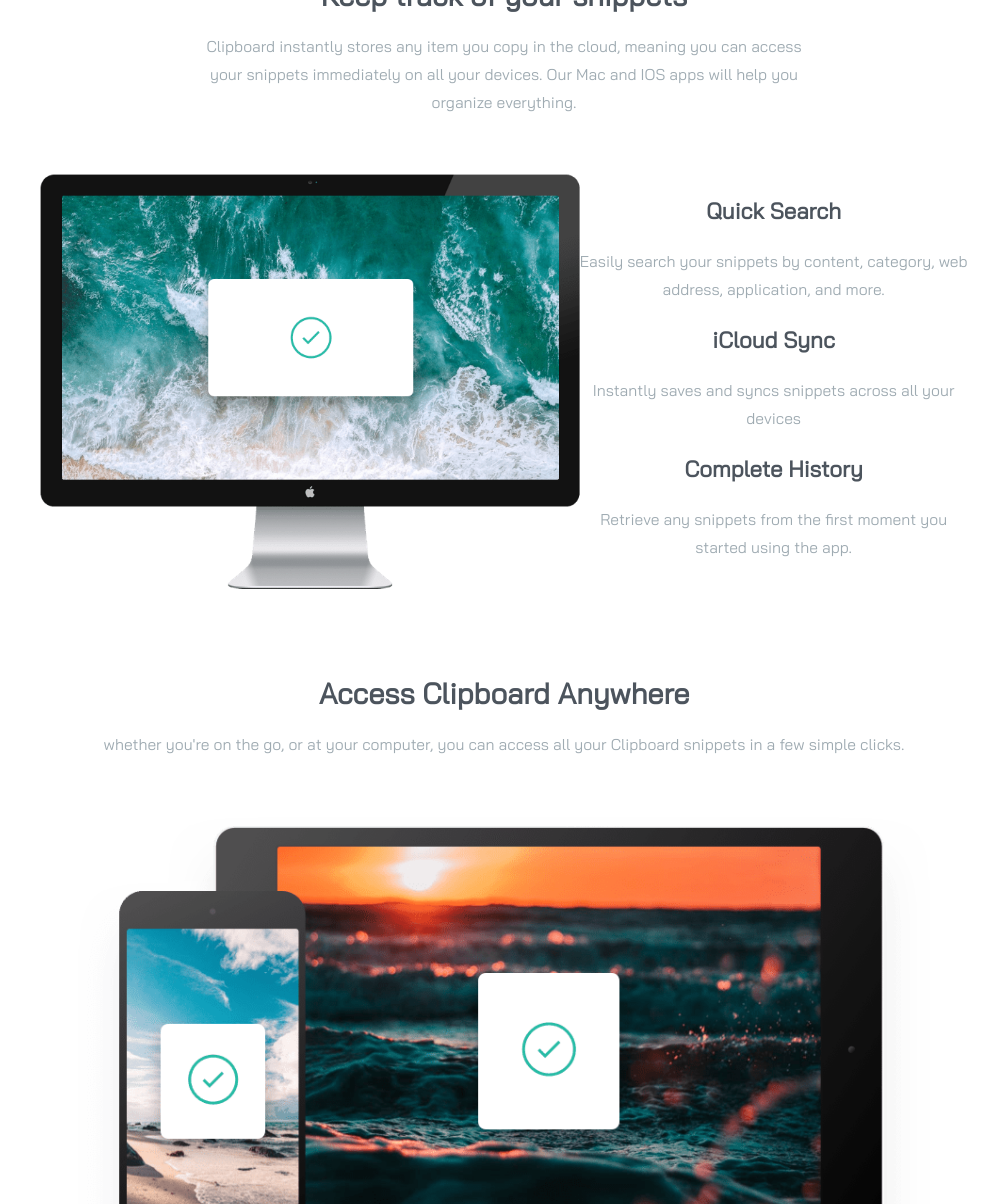
Repository: mikempho/Clipboard-landing-page
Page: index.html
An editor plug-in stored every save of this project. The page is shown before and after the next save, followed by the edit.
The browser window is 1440 px wide. The pictures show the part of the page from y = 798 to 2518 px (the page is 5769 px tall before and 5649 px after), at 70% of full size.

Above is the page before, as saved 2022-04-12 07:57:38.

After the next save:
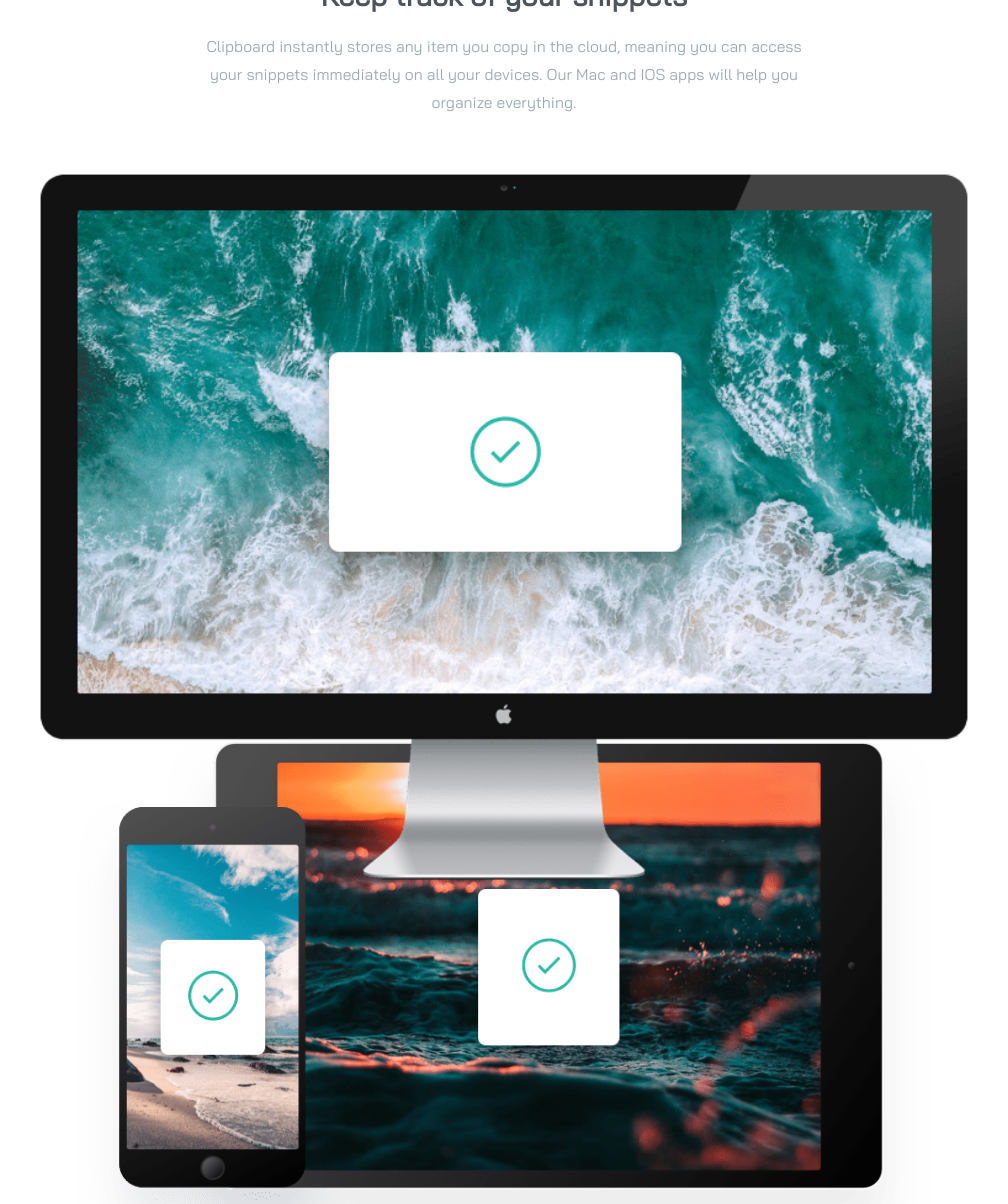
Saved 18 s later.
--- a/css/style.css
+++ b/css/style.css
@@ -229,7 +229,10 @@
 
     .features {
         display: flex;
-    }
-
-    .feature-img
-}
+
+    }
+
+    .feature-img {
+        position: absolute;
+    }
+}

After the save that followed:
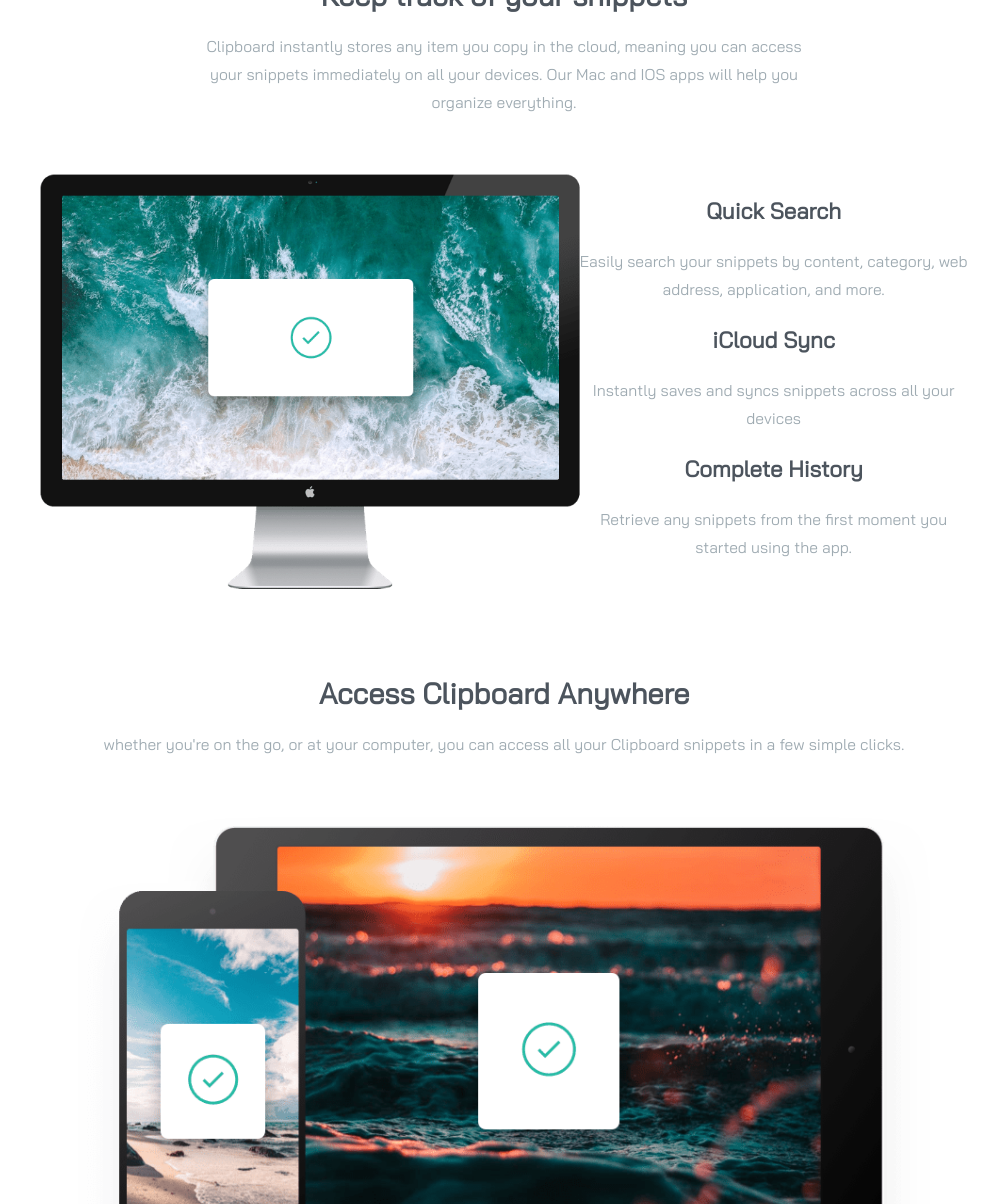
Saved 5 s later.
--- a/css/style.css
+++ b/css/style.css
@@ -233,6 +233,6 @@
     }
 
     .feature-img {
-        position: absolute;
-    }
-}
+        position: relative;
+    }
+}
